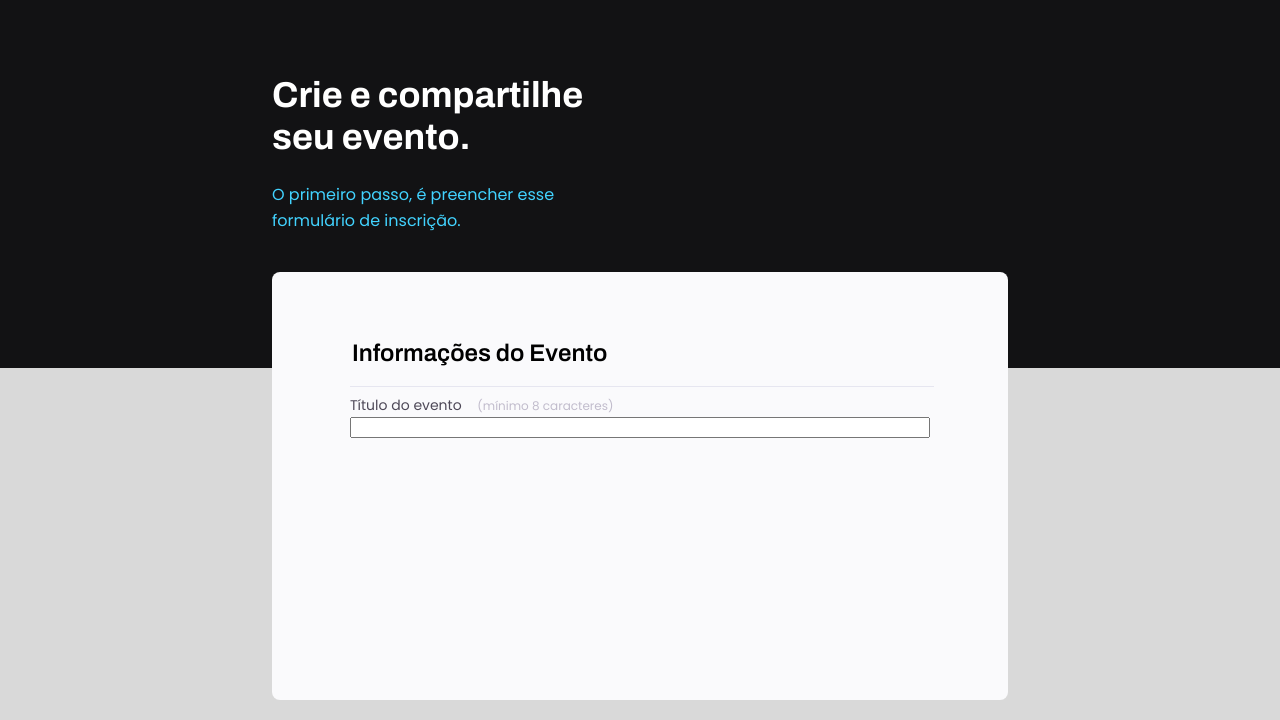
Repository: devMuriloOliveira/Formulario
Page: index.html
The author's editor kept a copy of each file at every save. The page is drawn from the files as they stood at one save, then again after the next save.
The browser window is 1280 px wide. The pictures show the whole page.

Above is the page before, as saved 2023-10-31 20:34:32.

### index.html
<!DOCTYPE html>
<html lang="en">
  <head>
    <link rel="preconnect" href="https://fonts.googleapis.com" />
    <link rel="preconnect" href="https://fonts.gstatic.com" crossorigin />
    <meta charset="UTF-8" />
    <meta name="viewport" content="width=device-width, initial-scale=1.0" />
    <title>Crie seu evento</title>
    <link rel="stylesheet" href="style.css" />

    <link
      href="https://fonts.googleapis.com/css2?family=Archivo:wght@600;700&family=Poppins&display=swap"
      rel="stylesheet"
    />
  </head>
  <body>
    <div class="page">
      <header>
        <h1>Crie e compartilhe seu evento.</h1>
        <p>O primeiro passo, é preencher esse formulário de inscrição.</p>
      </header>

      <form>
        <fieldset>
          <legend>Informações do Evento</legend>

          <div class="input-wrapper">
            <label for="event-title">
              Título do evento <span>(mínimo 8 caracteres)</span>
            </label>

            <input type="text" id="event-title" />
          </div>
        </fieldset>
      </form>
    </div>
  </body>
</html>

### style.css
body{
  font-family: 'Poppins', sans-serif;
  background-color: #D9D9D9;
}

body::before{
  content: '';
  width: 100%;
  height: 368px;

  position: absolute;
  top: 0;
  left: 0;
  z-index: -1;
  background: #121214;
}

.page{
  width: 736px;
  margin: auto;
}

header{
  width: 319px;
  margin-top: 74px;

}

header h1{
  font-family: 'Archivo', sans-serif;
  font-weight: bold;

  font-size: 36px;
  line-height: 42px;
  color: white;
}

header p{
  color: #42D3FF;
  font-size: 16px;
  line-height: 26px;
}

form{
  margin-top: 38px;
  background: #FAFAFC;

  border-radius: 8px;
  min-height: 300px;

  padding: 64px;
}

fieldset{
  border: none;
}

fieldset legend{
  font-family: 'Archivo', 'S';
  font-weight: 600;
  font-size: 24px;
  line-height: 34px;

  width: 100%;
  border-bottom: 1px solid #E6E6F0;

  padding-bottom: 16px;
}

.input-wrapper{
  display: flex;
  flex-direction: column;
}

.input-wrapper label{
  font-size: 14px;
  line-height: 24px;

  color: #4E4958;
}

.input-wrapper label span{
  margin-left: 12px;

  line-height: 20px;
  font-size: 12px;
  color: #C1BCCC;
}

After the next save:
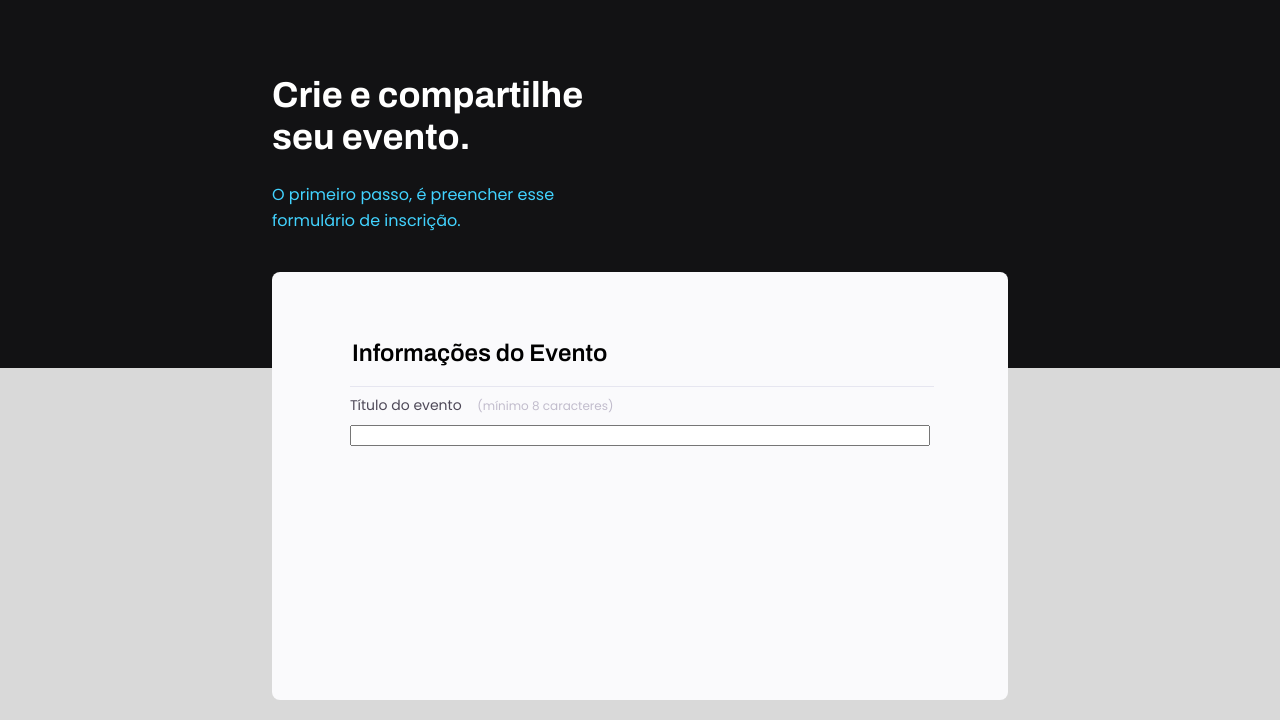
Saved 27 s later.
--- a/style.css
+++ b/style.css
@@ -77,6 +77,7 @@ fieldset legend{
   line-height: 24px;
 
   color: #4E4958;
+  margin-bottom: 8px;
 }
 
 .input-wrapper label span{
